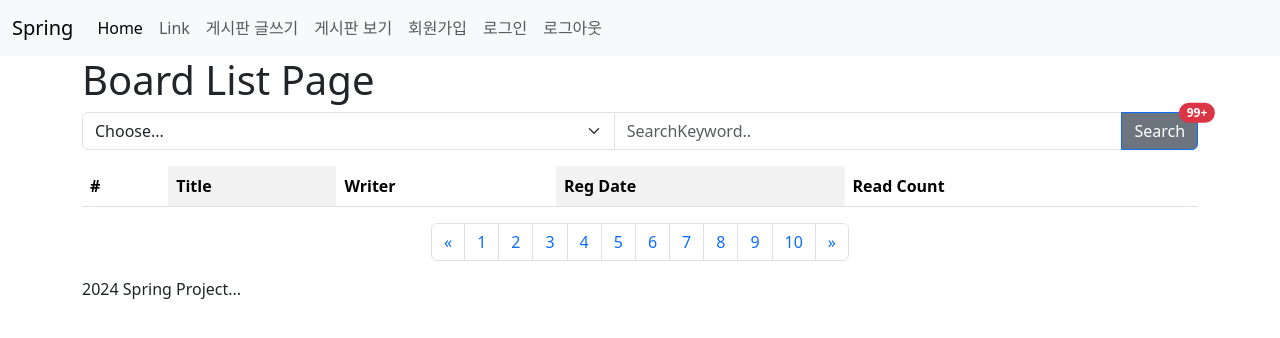
Repository: gajami-kim/240430_Spring_Study
Page: http://localhost/spring_study/WEB-INF/views/board/list.jsp
An editor plug-in stored every save of this project. The page is shown before and after the next save, followed by the edit.
The browser window is 1280 px wide. The pictures show the whole page.
The page is served by Tomcat 9. Nobody is signed in. The template is opened directly, without the code that normally fills it, so the values that code supplies are empty.

Above is the page before, as saved 2024-04-24 08:45:59.

### spring_study/src/main/webapp/WEB-INF/views/board/list.jsp
<%@ page language="java" contentType="text/html; charset=UTF-8"
    pageEncoding="UTF-8"%>
    <%@ taglib uri="http://java.sun.com/jsp/jstl/core" prefix="c" %>
<jsp:include page="../layout/header.jsp" />
<div class="container-sm">
	<h1>Board List Page</h1>

	<!-- 검색라인 -->
	<form action="">
		<div class="input-group mb-3">
		  <select class="form-select" id="inputGroupSelect02">
		    <option selected>Choose...</option>
		    <option value="t">Title</option>
		    <option value="w">Writer</option>
		    <option value="c">Content</option>
		  </select>
	  	<input type="text" class="form-control" aria-label="Text input with segmented dropdown button" name="keyword" placeholder="SearchKeyword..">
		<button type="button" class="btn btn-primary position-relative text-bg-secondary">
		  Search
		  <span class="position-absolute top-0 start-100 translate-middle badge rounded-pill bg-danger ">
		    99+
		    <span class="visually-hidden">unread messages</span>
		  </span>
		</button>
		</div>
	</form>
	<table class="table table-striped-columns">
		<thead>
			<tr>
				<th>#</th>
				<th>Title</th>
				<th>Writer</th>
				<th>Reg Date</th>
				<th>Read Count</th>
			</tr>
		</thead>
		<c:forEach items="${list }" var="bvo">
		<tbody>
			<tr>
				<td>${bvo.bno }</td>
				<td><a href="/board/detail?bno=${bvo.bno }">${bvo.title }</a></td>
				<td>${bvo.writer }</td>
				<td>${bvo.reg_date }</td>
				<td>${bvo.read_count }</td>
			</tr>
		</tbody>
		</c:forEach>
	</table>
	<!-- 페이지네이션 라인 -->
	<nav aria-label="Page navigation example">
	  <ul class="pagination justify-content-center">
	    <li class="page-item">
	      <a class="page-link" href="#" aria-label="Previous">
	        <span aria-hidden="true">&laquo;</span>
	      </a>
	    </li>
	    <c:forEach begin="1" end="10" var="i">
		    <li class="page-item"><a class="page-link" href="#">${i }</a></li>
	    </c:forEach>
	    <li class="page-item">
	      <a class="page-link" href="#" aria-label="Next">
	        <span aria-hidden="true">&raquo;</span>
	      </a>
	    </li>
	  </ul>
	</nav>
</div>
<jsp:include page="../layout/footer.jsp" />

### spring_study/src/main/webapp/WEB-INF/views/layout/header.jsp
<%@ page language="java" contentType="text/html; charset=UTF-8"
    pageEncoding="UTF-8"%>
<!DOCTYPE html>
<html>
<head>
<meta charset="UTF-8">
<title>header.jsp</title>
</head>
<link href="https://cdn.jsdelivr.net/npm/bootstrap@5.3.3/dist/css/bootstrap.min.css" rel="stylesheet" integrity="sha384-QWTKZyjpPEjISv5WaRU9OFeRpok6YctnYmDr5pNlyT2bRjXh0JMhjY6hW+ALEwIH" crossorigin="anonymous">
<script src="https://cdn.jsdelivr.net/npm/bootstrap@5.3.3/dist/js/bootstrap.bundle.min.js" integrity="sha384-YvpcrYf0tY3lHB60NNkmXc5s9fDVZLESaAA55NDzOxhy9GkcIdslK1eN7N6jIeHz" crossorigin="anonymous"></script>
<body>
<nav class="navbar navbar-expand-lg bg-body-tertiary">
  <div class="container-fluid">
    <a class="navbar-brand" href="#">Spring</a>
    <button class="navbar-toggler" type="button" data-bs-toggle="collapse" data-bs-target="#navbarSupportedContent" aria-controls="navbarSupportedContent" aria-expanded="false" aria-label="Toggle navigation">
      <span class="navbar-toggler-icon"></span>
    </button>
    <div class="collapse navbar-collapse" id="navbarSupportedContent">
      <ul class="navbar-nav me-auto mb-2 mb-lg-0">
        <li class="nav-item">
          <a class="nav-link active" aria-current="page" href="#">Home</a>
        </li>
        <li class="nav-item">
          <a class="nav-link" href="#">Link</a>
        </li>
        <li class="nav-item">
          <a class="nav-link" href="/board/register">게시판 글쓰기</a>
        </li>
        <li class="nav-item">
          <a class="nav-link" href="/board/list">게시판 보기</a>
        </li>
        <li class="nav-item">
          <a class="nav-link" href="#">회원가입</a>
        </li>
        <li class="nav-item">
          <a class="nav-link" href="#">로그인</a>
        </li>
        <li class="nav-item">
          <a class="nav-link" href="#">로그아웃</a>
        </li>
      </ul>
    </div>
  </div>
</nav>

### spring_study/src/main/webapp/WEB-INF/views/layout/footer.jsp
<%@ page language="java" contentType="text/html; charset=UTF-8"
    pageEncoding="UTF-8"%>

<div class="container-sm">
	2024 Spring Project...
</div>

</body>
</html>

After the next save:
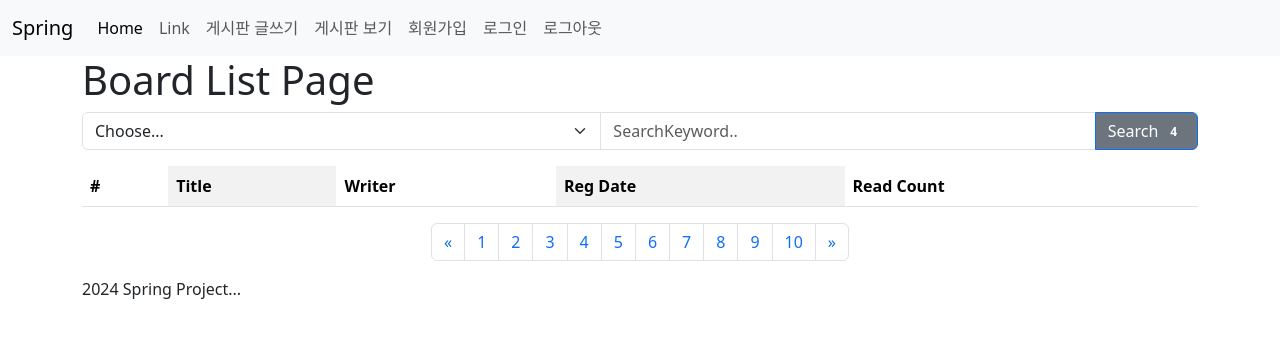
Saved 2 min 41 s later.
--- a/spring_study/src/main/webapp/WEB-INF/views/board/list.jsp
+++ b/spring_study/src/main/webapp/WEB-INF/views/board/list.jsp
@@ -17,10 +17,7 @@
 	  	<input type="text" class="form-control" aria-label="Text input with segmented dropdown button" name="keyword" placeholder="SearchKeyword..">
 		<button type="button" class="btn btn-primary position-relative text-bg-secondary">
 		  Search
-		  <span class="position-absolute top-0 start-100 translate-middle badge rounded-pill bg-danger ">
-		    99+
-		    <span class="visually-hidden">unread messages</span>
-		  </span>
+		   <span class="badge text-bg-secondary">4</span>
 		</button>
 		</div>
 	</form>
